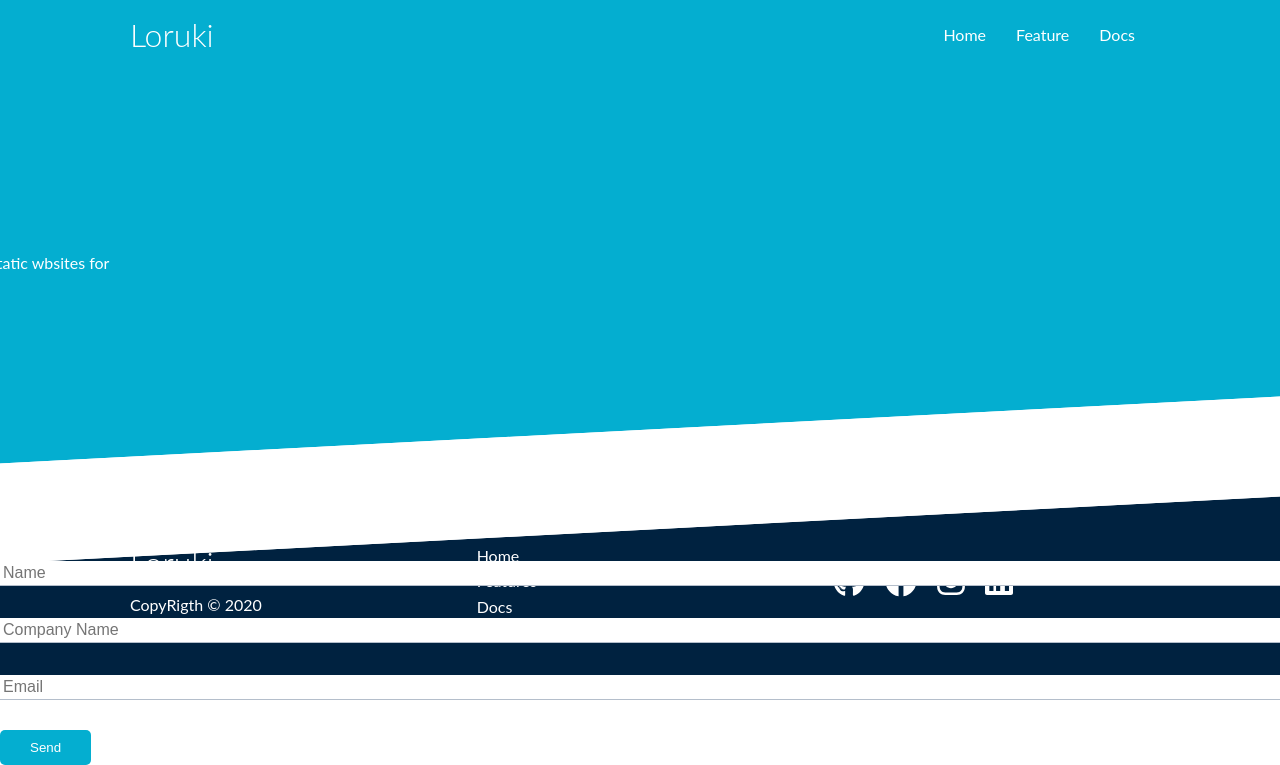
Repository: MosiurRrahman/loruki-app-reactjs
Page: /
An editor plug-in stored every save of this project. The page is shown before and after the next save, followed by the edit.
The browser window is 1280 px wide. The pictures show the whole page.
The project was rebuilt for these pictures with package versions that can differ from the ones it lists, and the page was loaded fresh each time. Also part of the build but not shown: src/components/app.jsx.

Above is the page before, as saved 2021-10-05 16:00:33.

### src/index.js
import React from 'react';
import ReactDOM from 'react-dom';
import { BrowserRouter, Route, Switch } from 'react-router-dom';
import Layout from './components/app';
import defaultLayout from './components/layouts/Main';
import './index.css';
// import './utilities';






class Root extends React.Component{
  render(){
    return(
      <BrowserRouter basename = {"/"} >
      <Switch>
        <Route exact path = "/" component={defaultLayout} />
      <Layout></Layout>
      </Switch>
      </BrowserRouter>
    );
  }
}




ReactDOM.render(
  <React.StrictMode>
    <Root />
  </React.StrictMode>,
  document.getElementById('root')
);

### src/components/layouts/Main.jsx
import React, { Component } from "react";
import Footer from "../common/Footer";
import Header from "../common/Header";
import HomePage from "../pages/home/HomePage";

class Main extends Component {
  constructor(props) {
    super(props);
    this.state = {};
  }
  render() {
    return (
      <>
        <Header />
        <HomePage />
        <Footer />
      </>
    );
  }
}

export default Main;

### src/index.css
/* all css imported */

@import url("./assets/css/main");
@import url("./assets/css/utilities");

### src/components/common/Footer.jsx
import {
  faFacebook,
  faGithub,
  faInstagram,
  faLinkedin,
} from "@fortawesome/free-brands-svg-icons";
import { FontAwesomeIcon } from "@fortawesome/react-fontawesome";
import { Component } from "react";

class Footer extends Component {
  render() {
    return (
      <>
        <footer className="footer bg-dark py-5">
          <div className="container grid grid-3">
            <div>
              <h1>Loruki</h1>
              <p>CopyRigth &copy; 2020</p>
            </div>
            <nav>
              <ul>
                <li>
                  <a href="index.html">Home</a>
                </li>
                <li>
                  <a href="feature.html">Features</a>
                </li>
                <li>
                  <a href="docs.html">Docs</a>
                </li>
              </ul>
            </nav>
            <div className="social">
              <a href="#">
                <li className="fa-2x">
                  <FontAwesomeIcon icon={faGithub} />
                </li>
              </a>
              <a href="#">
                <li className="fa-2x">
                  <FontAwesomeIcon icon={faFacebook} />
                </li>
              </a>
              <a href="#">
                <li className="fa-2x">
                  <FontAwesomeIcon icon={faInstagram} />
                </li>
              </a>
              <a href="#">
                <li className=" fa-2x">
                  <FontAwesomeIcon icon={faLinkedin} />
                </li>
              </a>
            </div>
          </div>
        </footer>
      </>
    );
  }
}
export default Footer;

### src/components/common/Header.jsx
import { Component } from "react";

class Header extends Component {
  render() {
    return (
      <>
        <div className="navbar">
          <div className="container flex">
            <h1 className="logo">Loruki</h1>
            <nav>
              <ul>
                <li>
                  <a href="index.html">Home</a>
                </li>
                <li>
                  <a href="feature.html">Feature</a>
                </li>
                <li>
                  <a href="docs.html">Docs</a>
                </li>
              </ul>
            </nav>
          </div>
        </div>
      </>
    );
  }
}
export default Header;

### src/components/pages/home/HomePage.js
import React, { Component } from 'react';
import ShowCase from './ShowCase';

class HomePage extends Component {
    constructor(props){
        super(props);
        this.state = {

        }
    }
    render() {
        return (
            <>
            <ShowCase/>
            </>
        );
    }
}

export default HomePage;

### src/assets/css/main.css
:root {
  --primary-color: #04aed0;
  --secondry-color: #04a1c0;
  --dark-color: #002240;
  --light-color: #f4f4ff;
  --success-color: #5cb85c;
  --error-color: #d9534f;
}

* {
  box-sizing: border-box;
  margin: 0;
  padding: 0;
}

body {
  font-family: "lato", sans-serif;
  color: #333333;
  line-height: 1.6;
}

ul {
  list-style-type: none;
}

a {
  text-decoration: none;
  color: #333333;
}

h1,
h2 {
  font-weight: 300;
  line-height: 1.2;
  margin: 10px 0;
}

p {
  margin: 10px 0;
}

img {
  width: 100%;
}

code,
pre {
  background: #333;
  color: #fff;
  padding: 10px;
}

.hidden {
  visibility: hidden;
  height: 0;
}

/* === navbar style === */

.navbar {
  background-color: var(--primary-color);
  color: #ffffff;
  height: 70px;
}

.navbar .flex {
  justify-content: space-between;
}

.navbar ul {
  display: flex;
}

.navbar ul a {
  padding: 10px;
  margin: 0 5px;
  color: #fff;
  transition: 0.3s;
}

.navbar ul a:hover {
  border-bottom: 2px solid #fff;
}

/* === Showcase style === */

.showcase {
  height: 400px;
  background-color: var(--primary-color);
  color: #fff;
  position: relative;
}

.showcase h1 {
  font-size: 40px;
}

.showcase p {
  margin: 20px 0;
}

.showcase .grid {
  overflow: visible;
  grid-template-columns: 55% 45%;
  gap: 30px;
}

body {
  overflow-x: hidden;
}

.showcase-form {
  position: relative;
  top: 60px;
  height: 350px;
  max-width: 400px;
  padding: 40px;
  z-index: 100;
  animation: slideInFromRight 1s ease-in;
}

.showcase-text {
  animation: slideInFromLeft 1s ease-in;
}

.showcase .form-control {
  margin: 30px 0;
}

.showcase input[type="text"],
.showcase input[type="email"] {
  border: 0;
  border-bottom: 1px solid #b4becb;
  width: 100%;
  padding: 3px;
  font-size: 16px;
}

.showcase-form input:focus {
  outline: none;
}

.showcase::before,
.showcase::after {
  content: "";
  position: absolute;
  height: 100px;
  background: #fff;
  left: 0;
  bottom: -60px;
  right: 0;
  transform: skewY(-3deg);
  --webkit-transform: skewY(-3deg);
  --moz-transform: skewY(-3deg);
  --ms-transform: skewY(-3deg);
}

/* ===stats=== */

.stats {
  padding-top: 100px;
  animation: slideInFromBottom 1s ease-in;
}

.stats-heading {
  max-width: 500px;
  margin: auto;
}

.stats .grid h3 {
  font-size: 35px;
}

.stats .grid p {
  font-size: 20px;
  font-weight: bold;
}

/* cli */

.cli .grid {
  grid-template-columns: repeat(3, 1fr);
  grid-template-rows: repeat(2, 1fr);
}

.cli .grid > *:first-child {
  grid-column: 1 / span 2;
  grid-row: 1 / span 2;
}

/* Cloud */

.cloud .grid {
  grid-template-columns: repeat(4fr, 1fr);
}

/* languages */

.languages .flex {
  flex-wrap: wrap;
}

.languages .card {
  text-align: center;
  margin: 18px 10px 40px;
  transition: 0.3s;
}

.languages .card:hover {
  transform: translateY(-15px);
  color: var(--primary-color);
}

.languages .card h4 {
  font-size: 20px;
  margin-bottom: 10px;
}

/* Feature section */

.freatures-head img,
.docs-head img {
  width: 200px;
  justify-self: center;
}

.freatures-sub-head img {
  width: 300px;
  justify-self: flex-end;
}

/* feature main */

.freatures-main .card > i {
  margin-right: 20px;
}

.freatures-main .grid {
  padding: 30px;
}

.freatures-main .grid > *:first-child {
  grid-column: 1 / span 3;
}

.freatures-main .grid > *:nth-child(2) {
  grid-column: 1 / span 2;
}

.freatures-main .grid > *:nth-child(2) {
  justify-content: start;
}

/* dosc */

.docs-main h3 {
  margin: 20px 0;
}

.docs-main .grid {
  grid-template-columns: 1fr 2fr;
  align-items: flex-start;
}

.docs-main nav li {
  font-size: 20px;
  padding-bottom: 5px;
  margin-bottom: 5px;
  border-bottom: 1px solid #ccc;
}

.docs-main nav a:hover {
  color: var(--primary-color);
  font-weight: bold;
}

/* Footer */
.footer .social {
  display: flex;
}
.footer .social a {
  margin: 0 10px;
}

.footer .social a li {
  list-style-type: none;
  transition: 0.3s;
}

.footer .social a li:hover {
  transform: translateY(-5px);
  color: var(--primary-color);
}

/* Animation */

@keyframes slideInFromLeft {
  0% {
    transform: translateX(-100%);
  }
  100% {
    transform: translateX(0);
  }
}

@keyframes slideInFromRight {
  0% {
    transform: translateX(70%);
  }
  100% {
    transform: translateX(0);
  }
}

@keyframes slideInFromTop {
  0% {
    transform: translateY(-100%);
  }
  100% {
    transform: translateX(0);
  }
}

@keyframes slideInFromBottom {
  0% {
    transform: translateY(100%);
  }
  100% {
    transform: translateX(0);
  }
}

/* ===responsive css ===*/

/* Tablets and under */

@media screen and (max-width: 768px) {
  .grid,
  .showcase .grid,
  .stats .grid,
  .cli .grid,
  .cloud .grid,
  .freature-main .grid,
  .docs-main .grid {
    grid-template-columns: 1fr;
    grid-template-rows: 1fr;
  }
  .showcase {
    height: auto;
  }
  .showcase-text {
    text-align: center;
    margin-top: 40px;
    animation: slideInFromTop 1s ease-in;
  }
  .showcase-form {
    justify-self: center;
    margin: auto;
    animation: slideInFromBottom 1s ease-in;
  }
  .cli .grid > *:first-child {
    grid-column: 1;
    grid-row: 1;
  }
  .freatures-head,
  .freatures-sub-head,
  .docs-head {
    text-align: center;
  }
  .freatures-head img,
  .freatures-sub-head img,
  .docs-head img {
    justify-self: center;
  }
  .freatures-main .grid > *:first-child,
  .freatures-main .grid > *:nth-child(2) {
    grid-column: 1;
  }
  .grid-3 {
    grid-template-columns: 1fr;
    grid-template-rows: 1fr;
  }
}

/* Mobile */

@media (max-width: 500px) {
  .navbar {
    height: 110px;
  }
  .navbar .flex {
    flex-direction: column;
  }
  .navbar ul {
    padding: 10px;
    background: rgba(0, 0, 0, 0.1);
  }
}

/* ===responsive css end ===*/

/* === utlities === */

.container {
  max-width: 1100px;
  margin: 0 auto;
  overflow: auto;
  padding: 0 40px;
}

.card {
  background-color: #fff;
  color: #333;
  border-radius: 10px;
  box-shadow: 0 3px 10px rgba(0, 0, 0, 0.2);
  padding: 20px;
  margin: 10px;
}

.card p {
  padding-left: 20px;
}

.btn {
  display: inline-block;
  padding: 10px 30px;
  cursor: pointer;
  background: var(--primary-color);
  color: #fff;
  border: none;
  border-radius: 5px;
  transition: 0.3s;
}

.btn-outline {
  background-color: transparent;
  border: 1px solid #ffffff;
}

.btn:hover {
  transform: translate(5px);
}

/* background and colored buttons */

.btn-primary,
.bg-primary {
  background-color: var(--primary-color);
  color: #ffffff;
}

.btn-secondry,
.bg-secondry {
  background-color: var(--secondry-color);
  color: #ffffff;
}

.btn-dark,
.bg-dark {
  background-color: var(--dark-color);
  color: #ffffff;
}

.btn-light,
.bg-light {
  background-color: var(--light-color);
  color: #333;
}

.btn-primary a,
.bg-primary a,
.btn-secondry a,
.bg-secondry a,
.btn-dark a,
.bg-dark a {
  color: #fff;
}

/* text sizes */

.lead {
  font-size: 20px;
}

.sm {
  font-size: 1rem;
}

.md {
  font-size: 2rem;
}

.lg {
  font-size: 3rem;
}

.xl {
  font-size: 4rem;
}

.text-center {
  text-align: center;
}

.flex {
  display: flex;
  justify-items: center;
  align-items: center;
  height: 100%;
}

.grid {
  display: grid;
  grid-template-columns: repeat(2, 1fr);
  gap: 20px;
  justify-content: center;
  align-items: center;
  height: 100%;
}

.grid-3 {
  grid-template-columns: repeat(3, 1fr);
}

/* alart */

.alert {
  background-color: var(--light-color);
  padding: 10px 20px;
  font-weight: bold;
  margin: 15px 0;
}

.alert i {
  margin-right: 10px;
}

.alert-success {
  background-color: var(--success-color);
  color: #fff;
}

.alert-error {
  background-color: var(--errer-color);
  color: #fff;
}

/* Margin */

.my-1 {
  margin: 1rem 0;
}

.my-2 {
  margin: 1.5rem 0;
}

.my-3 {
  margin: 2rem;
}

.my-4 {
  margin: 3rem 0;
}

.my-5 {
  margin: 4rem 0;
}

.m-1 {
  margin: 1rem;
}

.m-2 {
  margin: 1.5rem;
}

.m-3 {
  margin: 2rem;
}

.m-4 {
  margin: 3rem;
}

.m-5 {
  margin: 4rem;
}

/* padding */

.py-1 {
  padding: 1rem 0;
}

.py-2 {
  padding: 1.5rem 0;
}

.py-3 {
  padding: 2rem;
}

.py-4 {
  padding: 3rem 0;
}

.py-5 {
  padding: 4rem 0;
}

.p-1 {
  padding: 1rem;
}

.p-2 {
  padding: 1.5rem;
}

.p-3 {
  padding: 2rem;
}

.p-4 {
  padding: 3rem;
}

.p-5 {
  padding: 4rem;
}

### src/assets/css/utilities.css
/* === utlities === */

.container {
  max-width: 1100px;
  margin: 0 auto;
  overflow: auto;
  padding: 0 40px;
}

.card {
  background-color: #fff;
  color: #333;
  border-radius: 10px;
  box-shadow: 0 3px 10px rgba(0, 0, 0, 0.2);
  padding: 20px;
  margin: 10px;
}

.card p {
  padding-left: 20px;
}

.btn {
  display: inline-block;
  padding: 10px 30px;
  cursor: pointer;
  background: var(--primary-color);
  color: #fff;
  border: none;
  border-radius: 5px;
  transition: 0.3s;
}

.btn-outline {
  background-color: transparent;
  border: 1px solid #ffffff;
}

.btn:hover {
  transform: translate(5px);
}

/* background and colored buttons */

.btn-primary,
.bg-primary {
  background-color: var(--primary-color);
  color: #ffffff;
}

.btn-secondry,
.bg-secondry {
  background-color: var(--secondry-color);
  color: #ffffff;
}

.btn-dark,
.bg-dark {
  background-color: var(--dark-color);
  color: #ffffff;
}

.btn-light,
.bg-light {
  background-color: var(--light-color);
  color: #333;
}

.btn-primary a,
.bg-primary a,
.btn-secondry a,
.bg-secondry a,
.btn-dark a,
.bg-dark a {
  color: #fff;
}

/* text sizes */

.lead {
  font-size: 20px;
}

.sm {
  font-size: 1rem;
}

.md {
  font-size: 2rem;
}

.lg {
  font-size: 3rem;
}

.xl {
  font-size: 4rem;
}

.text-center {
  text-align: center;
}

.flex {
  display: flex;
  justify-items: center;
  align-items: center;
  height: 100%;
}

.grid {
  display: grid;
  grid-template-columns: repeat(2, 1fr);
  gap: 20px;
  justify-content: center;
  align-items: center;
  height: 100%;
}

.grid-3 {
  grid-template-columns: repeat(3, 1fr);
}

/* alart */

.alert {
  background-color: var(--light-color);
  padding: 10px 20px;
  font-weight: bold;
  margin: 15px 0;
}

.alert i {
  margin-right: 10px;
}

.alert-success {
  background-color: var(--success-color);
  color: #fff;
}

.alert-error {
  background-color: var(--errer-color);
  color: #fff;
}

/* Margin */

.my-1 {
  margin: 1rem 0;
}

.my-2 {
  margin: 1.5rem 0;
}

.my-3 {
  margin: 2rem;
}

.my-4 {
  margin: 3rem 0;
}

.my-5 {
  margin: 4rem 0;
}

.m-1 {
  margin: 1rem;
}

.m-2 {
  margin: 1.5rem;
}

.m-3 {
  margin: 2rem;
}

.m-4 {
  margin: 3rem;
}

.m-5 {
  margin: 4rem;
}

/* padding */

.py-1 {
  padding: 1rem 0;
}

.py-2 {
  padding: 1.5rem 0;
}

.py-3 {
  padding: 2rem;
}

.py-4 {
  padding: 3rem 0;
}

.py-5 {
  padding: 4rem 0;
}

.p-1 {
  padding: 1rem;
}

.p-2 {
  padding: 1.5rem;
}

.p-3 {
  padding: 2rem;
}

.p-4 {
  padding: 3rem;
}

.p-5 {
  padding: 4rem;
}

### src/components/pages/home/ShowCase.js
import React, { Component } from "react";

class ShowCase extends Component {
  render() {
    return (
      <>
        <section className="showcase">
          <div className="container grid">
            <div class="showcase-text">
              <h1>Easier Deployment</h1>
              <p>
                Deploy web apps of all kinds, from large scale enterise APIs to
                static wbsites for individuals.Flill out the form to try a demo
                of our platform
              </p>
              <a href="feature.html" class="btn btn-outline">
                Read More
              </a>
            </div>
          </div>

          <div clas="showcase-form card">
                <h2>Request a demo</h2>
                <form name="contact" method="POST" data-netlify="true" netlify-honeypot="bot-field">
                    <input type="hidden" name="form-name" value="contact"/>
                    <p class="hidden">
                        <label>Don’t fill this out if you're human: <input name="bot-field" /></label>
                    </p>
                    <div class="form-control">
                        <input type="text" name="name" id="" placeholder="Name" required />
                    </div>
                    <div class="form-control">
                        <input type="text" name="Company name" id="" placeholder="Company Name" required />
                    </div>
                    <div class="form-control">
                        <input type="email" name="email" id="" placeholder="Email" required />
                    </div>
                    <input type="submit" value="Send" class="btn btn-primary" />
                </form>
            </div>
        </section>
      </>
    );
  }
}

export default ShowCase;

### src/components/pages/home/ShowcaseForm.js
import React, { Component } from 'react';

class ShowcaseForm extends Component {
    render() {
        return (
            <>
                <div clas="showcase-form card">
                <h2>Request a demo</h2>
                <form name="contact" method="POST" data-netlify="true" netlify-honeypot="bot-field">
                    <input type="hidden" name="form-name" value="contact"/>
                    <p class="hidden">
                        <label>Don’t fill this out if you're human: <input name="bot-field" /></label>
                    </p>
                    <div class="form-control">
                        <input type="text" name="name" id="" placeholder="Name" required />
                    </div>
                    <div class="form-control">
                        <input type="text" name="Company name" id="" placeholder="Company Name" required />
                    </div>
                    <div class="form-control">
                        <input type="email" name="email" id="" placeholder="Email" required />
                    </div>
                    <input type="submit" value="Send" class="btn btn-primary" />
                </form>
            </div>
            </>
        );
    }
}

export default ShowcaseForm;

Loaded but not shown: public/index.html (common file)

After the next save:
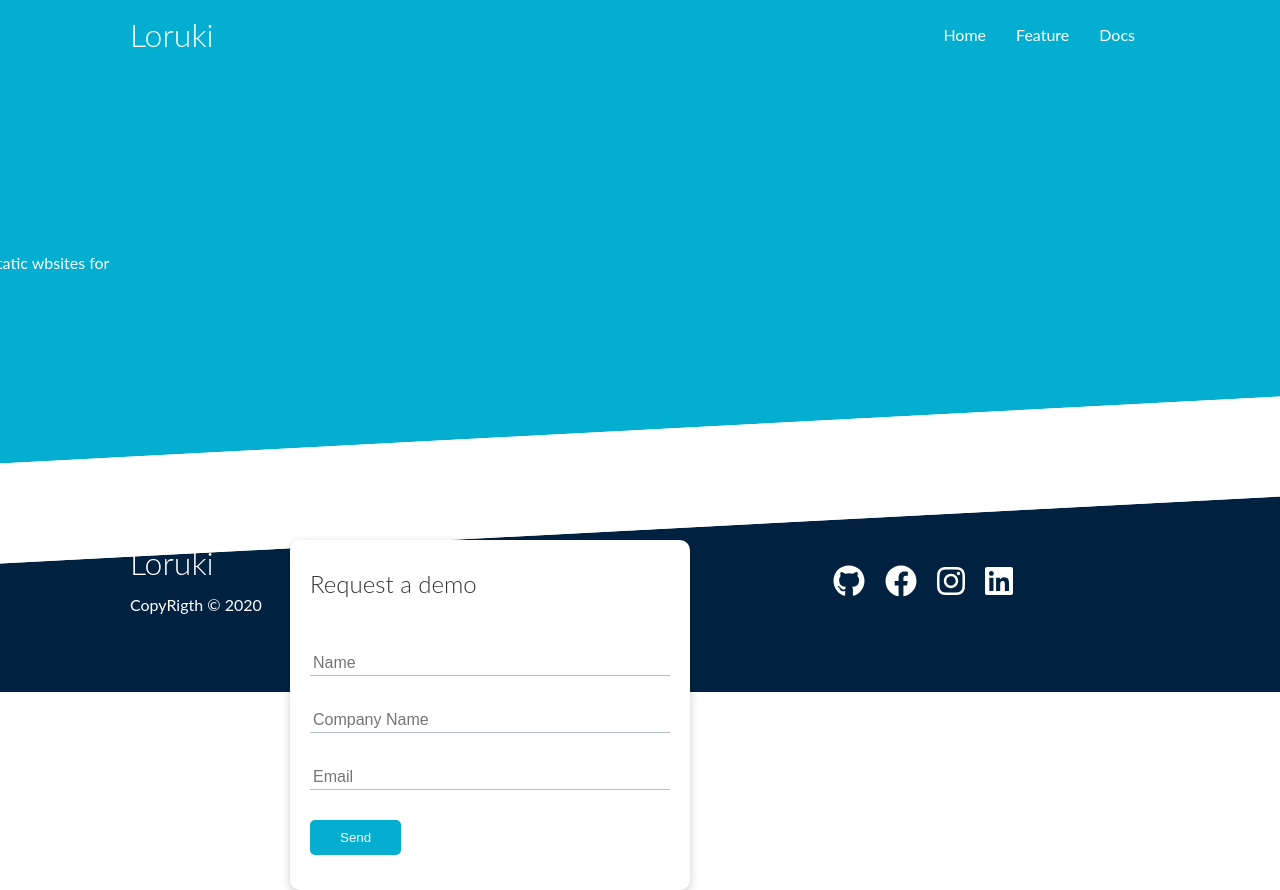
Saved 75 s later.
--- a/src/components/pages/home/ShowCase.js
+++ b/src/components/pages/home/ShowCase.js
@@ -19,7 +19,7 @@
             </div>
           </div>
 
-          <div clas="showcase-form card">
+          <div className="showcase-form card">
                 <h2>Request a demo</h2>
                 <form name="contact" method="POST" data-netlify="true" netlify-honeypot="bot-field">
                     <input type="hidden" name="form-name" value="contact"/>

After the 2 saves that followed:
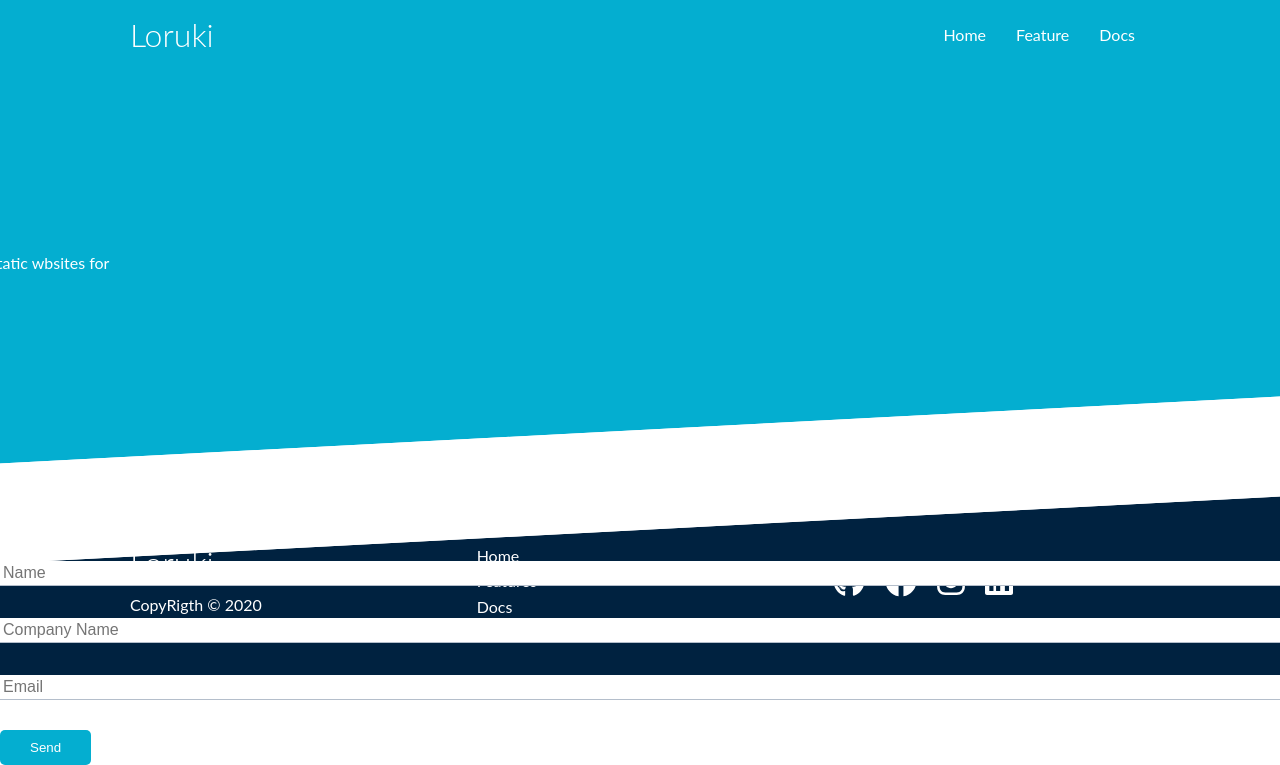
The 2 saves are shown as one change because 1 left the picture as it was.
The last was saved 65 s later.
--- a/src/components/pages/home/ShowCase.js
+++ b/src/components/pages/home/ShowCase.js
@@ -1,4 +1,5 @@
 import React, { Component } from "react";
+import ShowcaseForm from "./ShowcaseForm";
 
 class ShowCase extends Component {
   render() {
@@ -18,26 +19,7 @@
               </a>
             </div>
           </div>
-
-          <div className="showcase-form card">
-                <h2>Request a demo</h2>
-                <form name="contact" method="POST" data-netlify="true" netlify-honeypot="bot-field">
-                    <input type="hidden" name="form-name" value="contact"/>
-                    <p class="hidden">
-                        <label>Don’t fill this out if you're human: <input name="bot-field" /></label>
-                    </p>
-                    <div class="form-control">
-                        <input type="text" name="name" id="" placeholder="Name" required />
-                    </div>
-                    <div class="form-control">
-                        <input type="text" name="Company name" id="" placeholder="Company Name" required />
-                    </div>
-                    <div class="form-control">
-                        <input type="email" name="email" id="" placeholder="Email" required />
-                    </div>
-                    <input type="submit" value="Send" class="btn btn-primary" />
-                </form>
-            </div>
+          <ShowcaseForm/>
         </section>
       </>
     );
